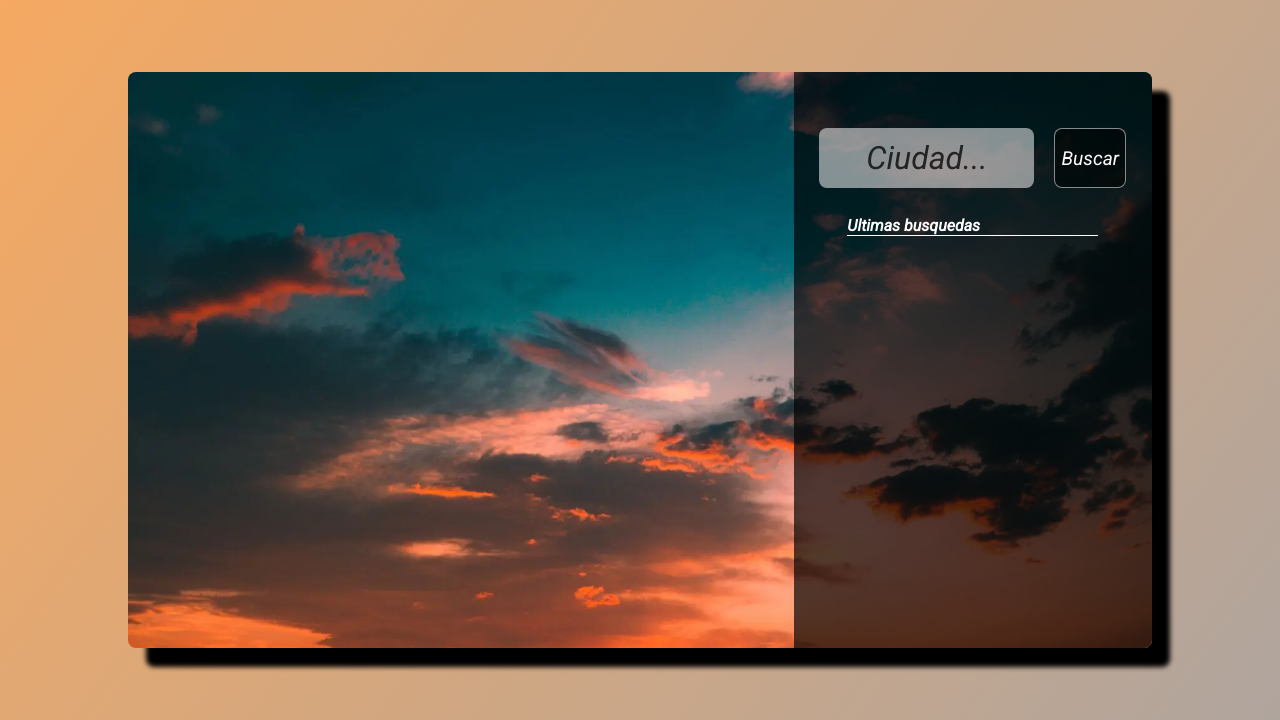
Repository: aitorcachero/weather-app
Page: /
The author's editor kept a copy of each file at every save. The page is drawn from the files as they stood at one save, then again after the next save.
The browser window is 1280 px wide. The pictures show the whole page.
The project was rebuilt for these pictures with package versions that can differ from the ones it lists, and the page was loaded fresh each time. Also part of the build but not shown: vite.config.js, src/components/Loader/Loader.css, src/components/Loader/Loader.jsx.

Above is the page before, as saved 2024-09-10 08:33:10.

After the next save:
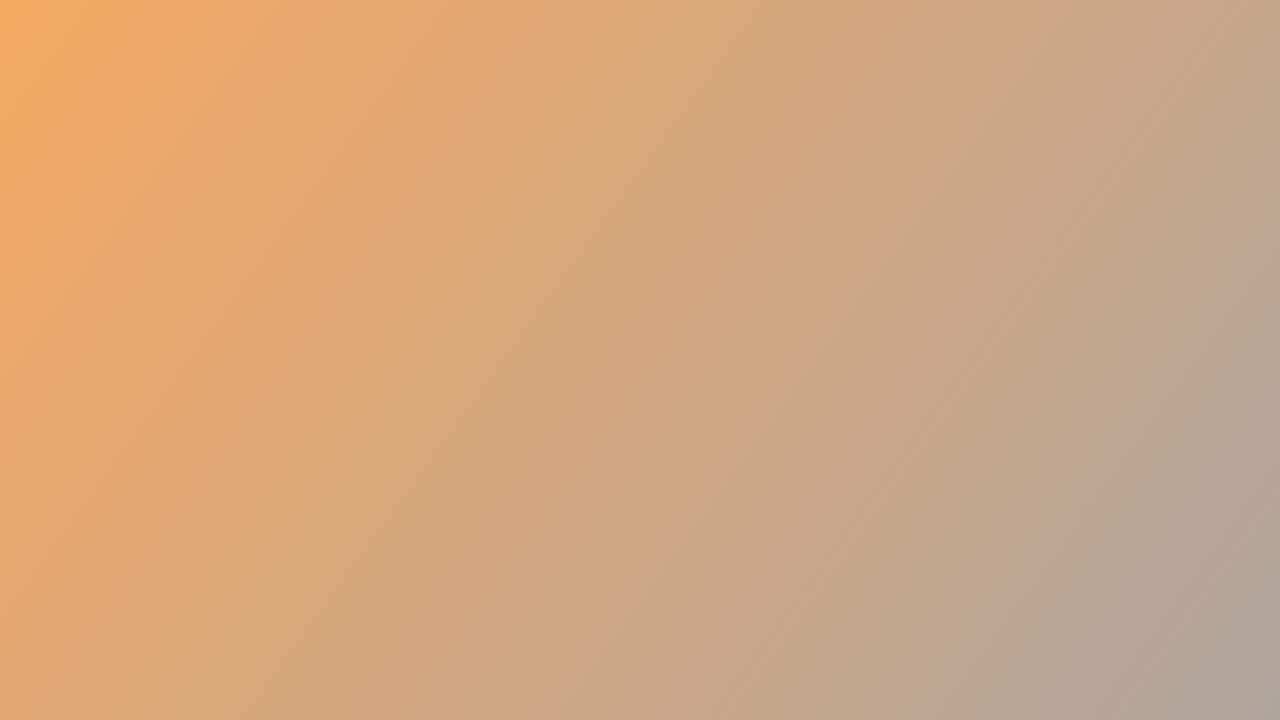
Console error: ReferenceError: handleClick is not defined
Saved 78 s later.
--- a/src/hooks/useWeather.js
+++ b/src/hooks/useWeather.js
@@ -62,29 +62,29 @@
     }
   };
 
-  const handleClick = async (e) => {
-    e.preventDefault();
-    setLoading(true);
-    const data = await fetchData(e.target.textContent);
-    if (data.cod === 200) {
-      setBg(typeCard(data.weather[0].description));
-      const trans = translate(data);
-      setWeather(trans);
-      const updateLastSearchs = [...lastSearchs].filter(
-        (x) => x !== e.target.textContent
-      );
-      updateLastSearchs.unshift(e.target.textContent);
-      setLastSearchs(updateLastSearchs);
+  // const handleClick = async (e) => {
+  //   e.preventDefault();
+  //   setLoading(true);
+  //   const data = await fetchData(e.target.textContent);
+  //   if (data.cod === 200) {
+  //     setBg(typeCard(data.weather[0].description));
+  //     const trans = translate(data);
+  //     setWeather(trans);
+  //     const updateLastSearchs = [...lastSearchs].filter(
+  //       (x) => x !== e.target.textContent
+  //     );
+  //     updateLastSearchs.unshift(e.target.textContent);
+  //     setLastSearchs(updateLastSearchs);
 
-      setError(false);
-      setLoading(false);
-    } else {
-      setError(true);
+  //     setError(false);
+  //     setLoading(false);
+  //   } else {
+  //     setError(true);
 
-      toast.error('Ciudad no encontrada');
-      setLoading(false);
-    }
-  };
+  //     toast.error('Ciudad no encontrada');
+  //     setLoading(false);
+  //   }
+  // };
 
   const handleDeleteLS = () => {
     setLastSearchs([]);

After the 2 saves that followed:
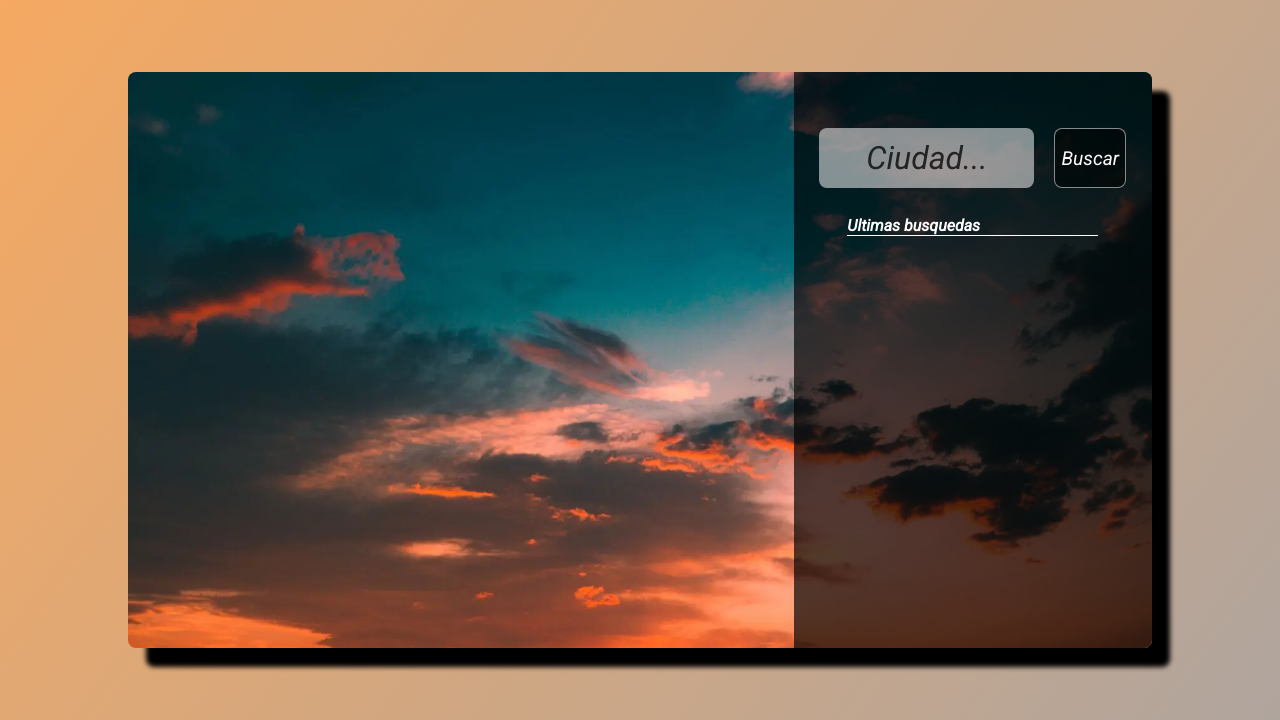
The error is gone.
The 2 saves are shown as one change because 1 left the picture as it was.
The last was saved 83 s later.
--- a/src/components/Card/Card.jsx
+++ b/src/components/Card/Card.jsx
@@ -70,7 +70,10 @@ export default function Card() {
           )}
         </main>
         <aside className="aside">
-          <form className="form" onSubmit={handleSubmit}>
+          <form
+            className="form"
+            onSubmit={(e) => handleSubmit(e, e.target[0].value)}
+          >
             <input
               className="input-search"
               type="text"
--- a/src/hooks/useWeather.js
+++ b/src/hooks/useWeather.js
@@ -62,29 +62,29 @@
     }
   };
 
-  // const handleClick = async (e) => {
-  //   e.preventDefault();
-  //   setLoading(true);
-  //   const data = await fetchData(e.target.textContent);
-  //   if (data.cod === 200) {
-  //     setBg(typeCard(data.weather[0].description));
-  //     const trans = translate(data);
-  //     setWeather(trans);
-  //     const updateLastSearchs = [...lastSearchs].filter(
-  //       (x) => x !== e.target.textContent
-  //     );
-  //     updateLastSearchs.unshift(e.target.textContent);
-  //     setLastSearchs(updateLastSearchs);
+  const handleClick = async (e) => {
+    e.preventDefault();
+    setLoading(true);
+    const data = await fetchData(e.target.textContent);
+    if (data.cod === 200) {
+      setBg(typeCard(data.weather[0].description));
+      const trans = translate(data);
+      setWeather(trans);
+      const updateLastSearchs = [...lastSearchs].filter(
+        (x) => x !== e.target.textContent
+      );
+      updateLastSearchs.unshift(e.target.textContent);
+      setLastSearchs(updateLastSearchs);
 
-  //     setError(false);
-  //     setLoading(false);
-  //   } else {
-  //     setError(true);
+      setError(false);
+      setLoading(false);
+    } else {
+      setError(true);
 
-  //     toast.error('Ciudad no encontrada');
-  //     setLoading(false);
-  //   }
-  // };
+      toast.error('Ciudad no encontrada');
+      setLoading(false);
+    }
+  };
 
   const handleDeleteLS = () => {
     setLastSearchs([]);
